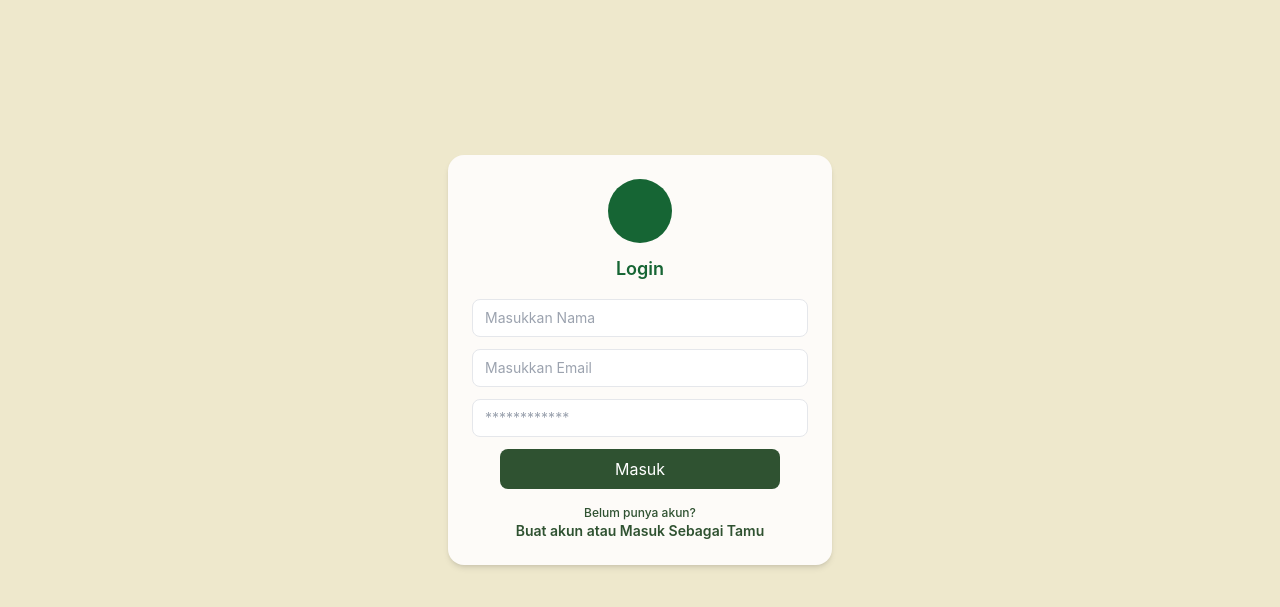
Repository: PajarAland/DiagramCoffee
Page: /login
An editor plug-in stored every save of this project. The page is shown before and after the next save, followed by the edit.
The browser window is 1280 px wide. The pictures show the whole page.
The project was rebuilt for these pictures with package versions that can differ from the ones it lists, and the page was loaded fresh each time. Also part of the build but not shown: vite.config.js, src/pages/Landing.jsx.

Above is the page before, as saved 2026-04-25 01:13:41.

After the next save:
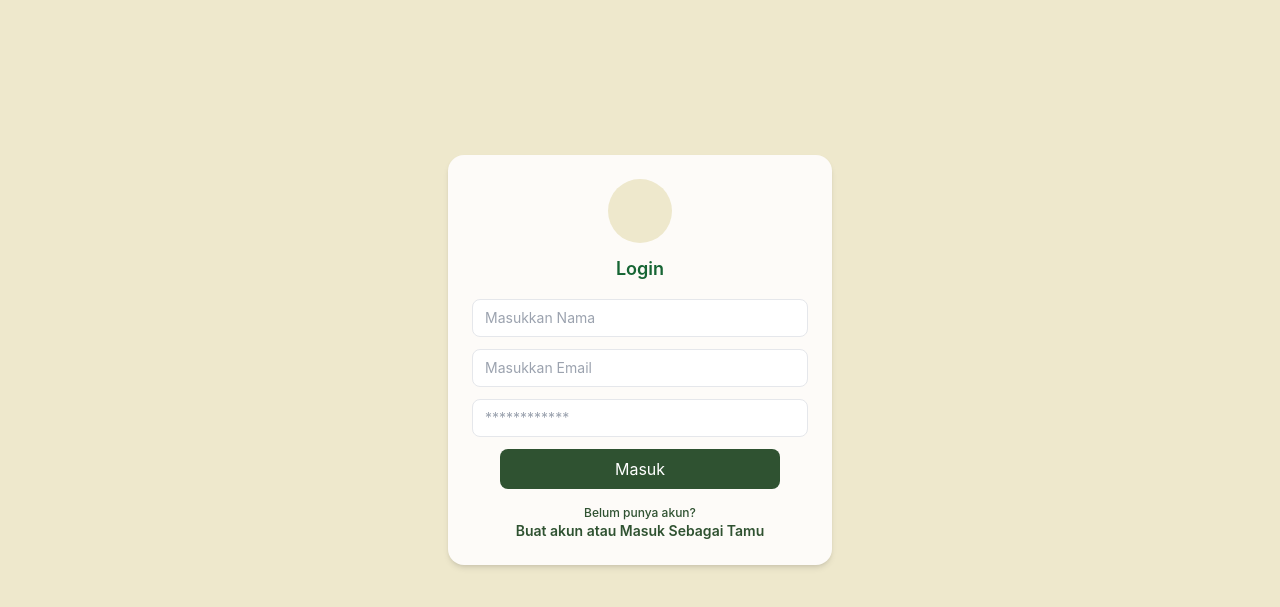
Saved 42 s later.
--- a/src/pages/Login.jsx
+++ b/src/pages/Login.jsx
@@ -15,7 +15,7 @@ function Login() {
       <div className="bg-[#FDFBF8] w-full max-w-sm rounded-2xl p-6 shadow-md text-center">
 
         {/* Avatar */}
-        <div className="w-16 h-16 bg-green-800 rounded-full mx-auto mb-3"></div>
+        <div className="w-16 h-16 bg-[#EEE8CC] rounded-full mx-auto mb-3"></div>
 
         {/* Title */}
         <h2 className="text-green-800 font-semibold text-lg mb-4">
